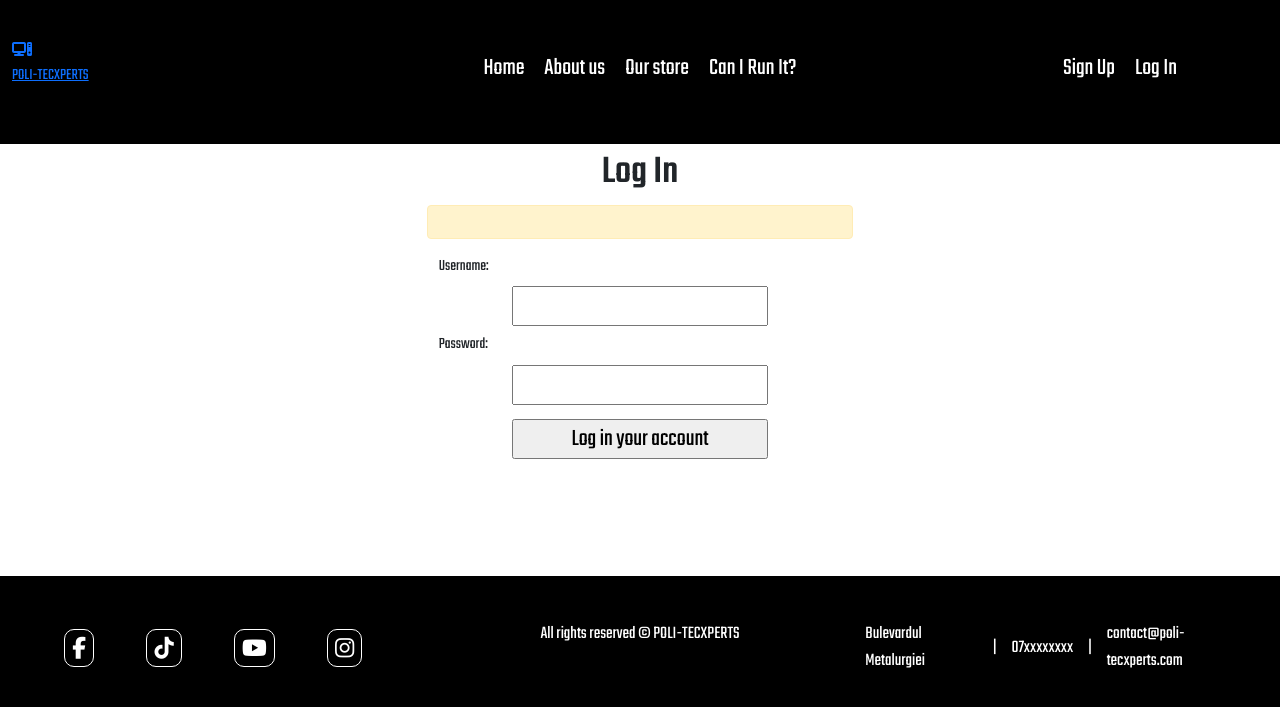
Repository: cristibtz/POLI_TECXPERTS
Page: login/login.html
These files come from the project's save history. The page is drawn as it stood at one moment and after the next save; the edit follows.
The browser window is 1280 px wide. The pictures show the whole page.

Above is the page before, as saved 2024-04-27 17:54:20.

After the next save:
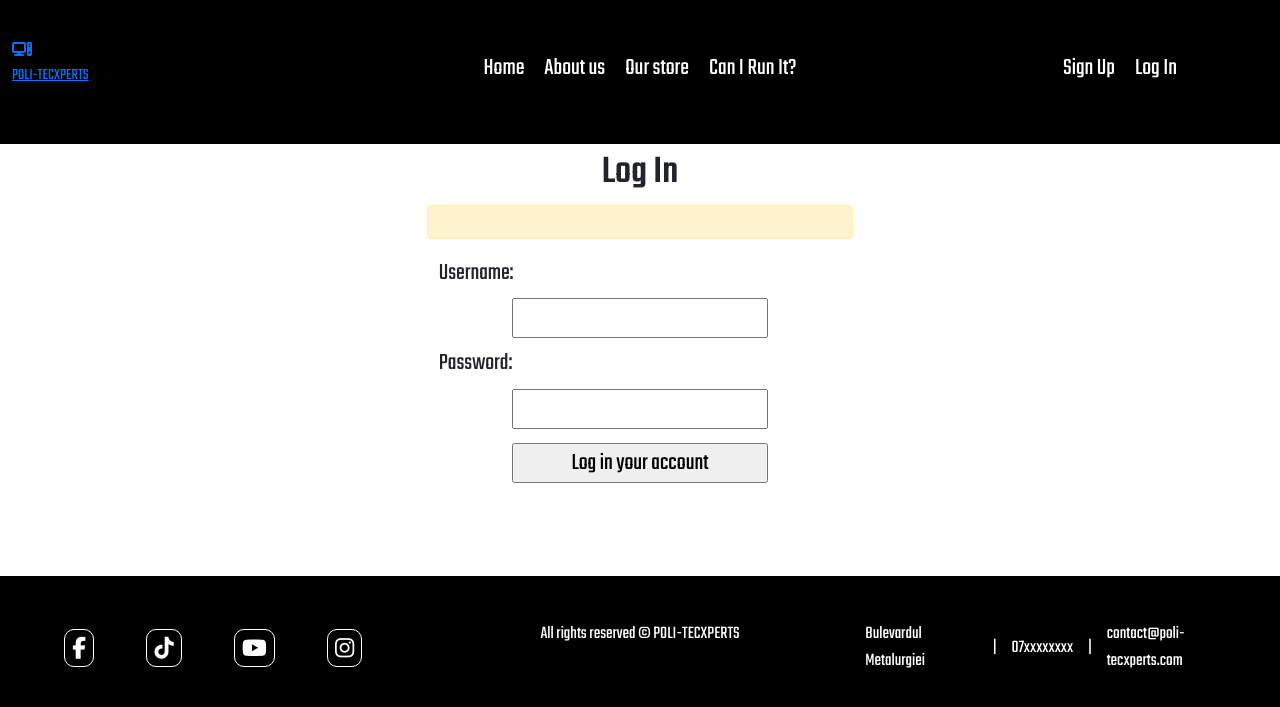
Saved 2 min 45 s later.
--- a/css/forms.css
+++ b/css/forms.css
@@ -3,5 +3,8 @@ form .row input {
     width: 20vw;
     text-align: center;
     font-size: 24px;
+}
 
+label {
+    font-size: 24px;
 }
